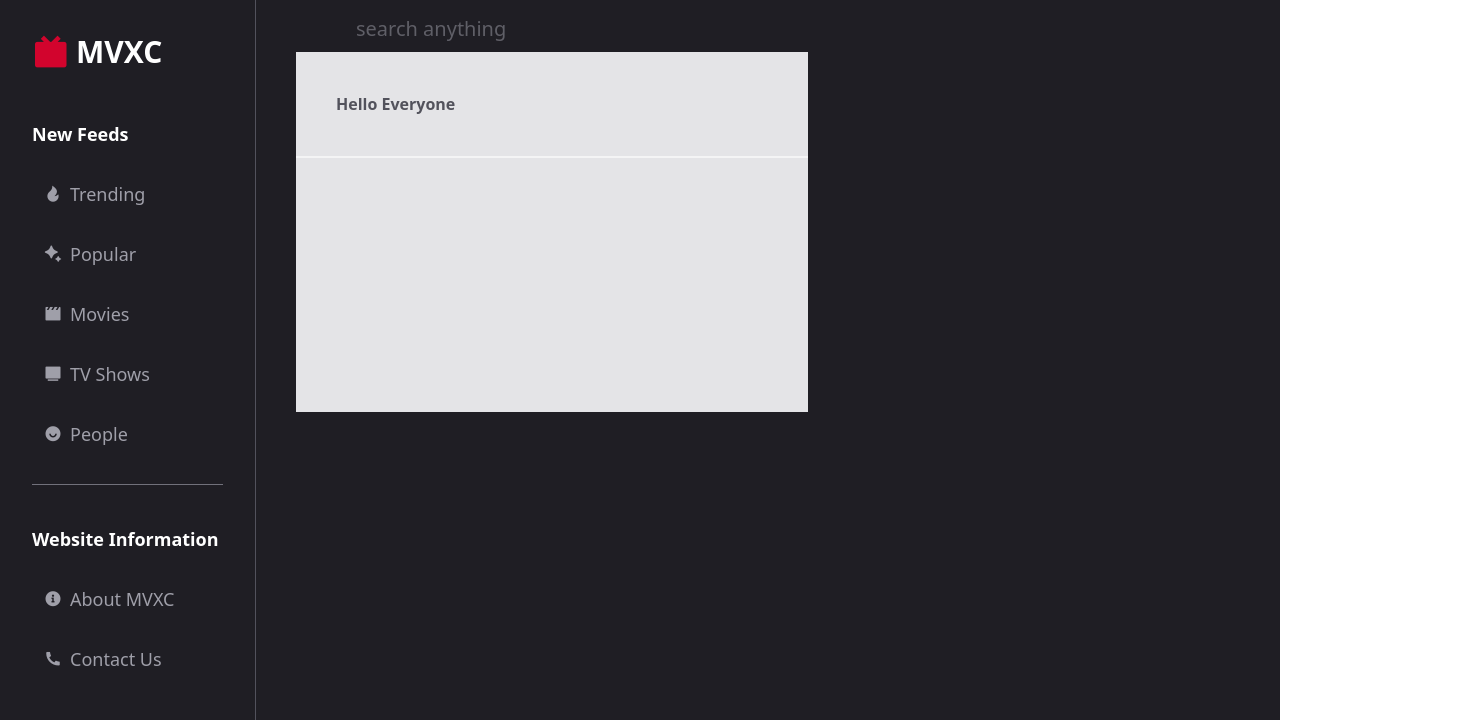
Repository: Csiddharth7906/MovieAppUpdatedVersion
Page: / (app in MVXC-MovieWebApplication/)
These files come from the project's save history. The page is drawn as it stood at one moment and after the next save; the edit follows.
The browser window is 1280 px wide. The page is 1320 px wide, then 1480 px, so the pictures cover 1480 px, including what lies to the right of the window. The pictures show the whole page.
Some web libraries are served in a nearby version. The project was rebuilt for these pictures with package versions that can differ from the ones it lists, and the page was loaded fresh each time. Also part of the build but not shown: MVXC-MovieWebApplication/vite.config.js.

Above is the page before, as saved 2025-06-17 10:22:28.

### MVXC-MovieWebApplication/index.html
<!doctype html>
<html lang="en">
  <head>
    <meta charset="UTF-8" />
    <link rel="icon" type="image/svg+xml" href="/tv-fill.svg" />
    <meta name="viewport" content="width=device-width, initial-scale=1.0" />
    <title>MVXC | Movie App</title>
    <link
      href="https://cdn.jsdelivr.net/npm/remixicon@4.5.0/fonts/remixicon.css"
      rel="stylesheet"
    />
  </head>
  <body>
    <div id="root"></div>
    <script type="module" src="/src/main.jsx"></script>
  </body>
</html>

### MVXC-MovieWebApplication/src/main.jsx
import { StrictMode } from "react";
import { createRoot } from "react-dom/client";
import "./index.css";
import App from "./App.jsx";
import { BrowserRouter } from "react-router-dom";

createRoot(document.getElementById("root")).render(
  <BrowserRouter>
    <App />
  </BrowserRouter>,
);

### MVXC-MovieWebApplication/src/index.css
@import "tailwindcss";

/* primary - #1F1E24
secondry - #D2042D */

::-webkit-scrollbar {
  width: 7px;
  height: 7px;
}
::-webkit-scrollbar-thumb {
  background-color: #161618;
  border-radius: 40px;
}
::-webkit-scrollbar-thumb {
  background-color: #161618;
  border-radius: 40px;
}

::-webkit-scrollbar-thumb:hover {
  background-color: #6556cd;
  border-radius: 40px;
}

### MVXC-MovieWebApplication/src/App.jsx
import { Route, Routes } from "react-router-dom";
import Home from "./components/Home";

const App = () => {
  return (
    <div className="bg-[#1F1E24] flex w-screen h-screen">
      <Routes>
        <Route path="/" element={<Home />}></Route>
      </Routes>
    </div>
  );
};

export default App;

### MVXC-MovieWebApplication/src/components/Home.jsx
import React from "react";
import Sidenav from "../templates/Sidenav";

import Topnav from "../templates/Topnav";

const Home = () => {
  document.title = "MVXC | HomePage";
  return (
    <>
      <Sidenav />
      <div className="w-[80%] h-full ">
        <Topnav />
      </div>
    </>
  );
};

export default Home;

### MVXC-MovieWebApplication/src/templates/Sidenav.jsx
import React from "react";
import { Link } from "react-router-dom";

const Sidenav = () => {
  return (
    <div className="w-[20%] h-full border-r border-zinc-600 p-8 bg-[#1F1E24]">
      {/* Logo */}
      <h1 className="text-3xl text-white font-bold flex items-center mb-8">
        <i className="text-[#D2042D] ri-tv-fill mr-2 text-4xl"></i>
        MVXC
      </h1>

      {/* New Feeds */}
      <nav className="text-zinc-400 text-lg flex flex-col gap-2">
        <h2 className="text-white font-semibold mt-4 mb-3">New Feeds</h2>
        <Link className="hover:bg-[#D2042D] hover:text-white rounded-md transition duration-200 p-3 flex items-center">
          <i className="mr-2 ri-fire-fill"></i> Trending
        </Link>
        <Link className="hover:bg-[#D2042D] hover:text-white rounded-md transition duration-200 p-3 flex items-center">
          <i className="mr-2 ri-bard-fill"></i> Popular
        </Link>
        <Link className="hover:bg-[#D2042D] hover:text-white rounded-md transition duration-200 p-3 flex items-center">
          <i className="mr-2 ri-clapperboard-fill"></i> Movies
        </Link>
        <Link className="hover:bg-[#D2042D] hover:text-white rounded-md transition duration-200 p-3 flex items-center">
          <i className="mr-2 ri-tv-2-fill"></i> TV Shows
        </Link>
        <Link className="hover:bg-[#D2042D] hover:text-white rounded-md transition duration-200 p-3 flex items-center">
          <i className="mr-2 ri-user-smile-fill"></i> People
        </Link>
      </nav>

      <hr className="border-none h-[1px] bg-zinc-500 my-6" />

      {/* Website Information */}
      <nav className="text-zinc-400 text-lg flex flex-col gap-2">
        <h2 className="text-white font-semibold mt-4 mb-3">
          Website Information
        </h2>
        <Link className="hover:bg-[#D2042D] hover:text-white rounded-md transition duration-200 p-3 flex items-center">
          <i className="mr-2 ri-information-2-fill"></i> About MVXC
        </Link>
        <Link className="hover:bg-[#D2042D] hover:text-white rounded-md transition duration-200 p-3 flex items-center">
          <i className="mr-2 ri-phone-fill"></i> Contact Us
        </Link>
      </nav>
    </div>
  );
};

export default Sidenav;

### MVXC-MovieWebApplication/src/templates/Topnav.jsx
import React, { useState } from "react";
import { Link } from "react-router-dom";

const Topnav = () => {
  const [query, setquery] = useState("");
  console.log(query)
  return (
    <div className="w-full h-[8vh] relative flex justify-start ml-10 items-center">
      <i classname="text-zinc-400 text-3xl ri-search-line"></i>
      <input
        onChange={(e)=> setquery(e.target.value)}
        value={query}
        className="w-[50%] p-5 text-xl outline-none border-none bg-transparent text-zinc-400  mx-10"
        type="text"
        placeholder="search anything"
      />
      {query.length >0 &&(

        <i onClick={()=>{setquery("")}} classname="text-zinc-400 text-3xl ri-close-fill"></i>
      )}

      <div className="w-[50%] h-[50vh] bg-zinc-200 absolute top-[90%] overflow-auto">
        <Link className="w-[100%] font-semibold hover:text-black hover:bg-zinc-300 duration-300 text-zinc-600  p-10 flex justify-start items-center border-b-2 border-zinc-100">
          <img src="" className="" alt="" />
          <span>Hello Everyone</span>
        </Link>
      </div>
    </div>
  );
};

export default Topnav;

After the next save:
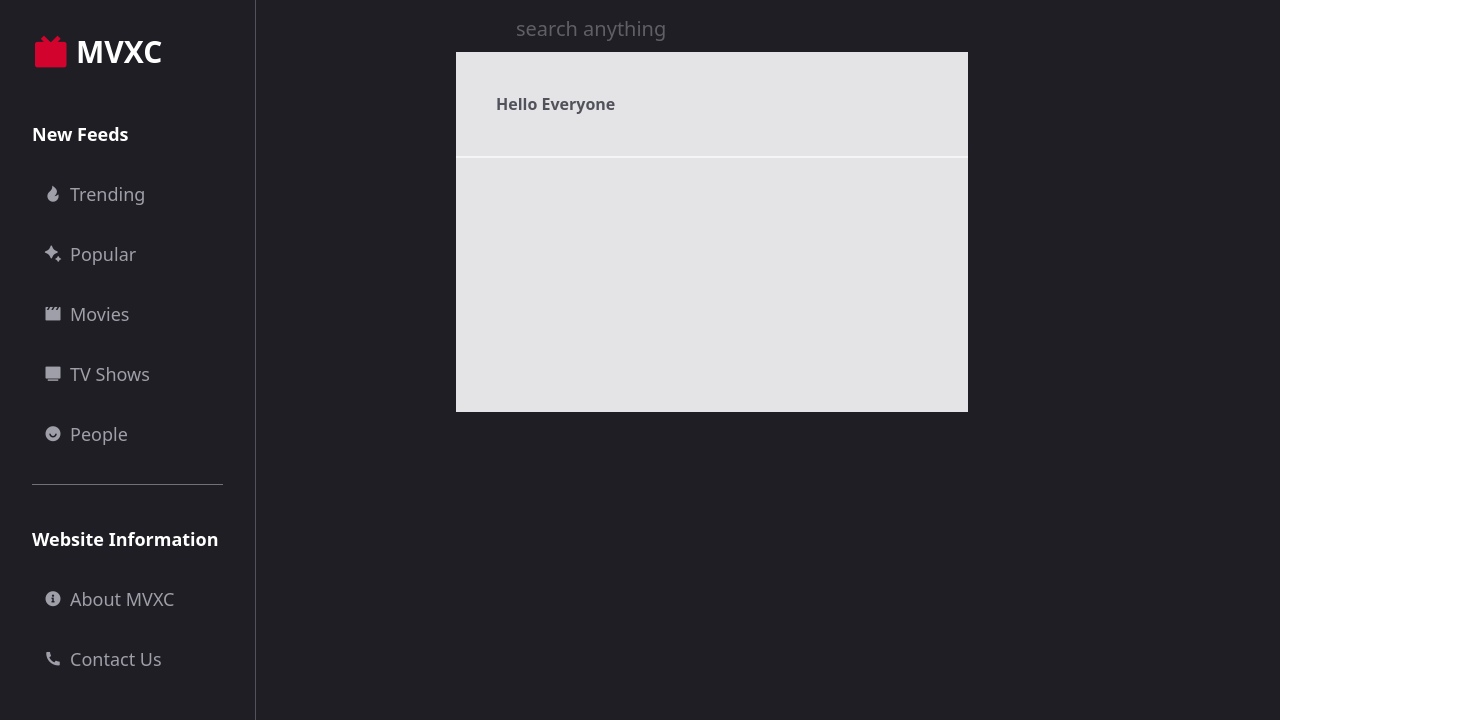
Saved 12 s later.
--- a/MVXC-MovieWebApplication/src/templates/Topnav.jsx
+++ b/MVXC-MovieWebApplication/src/templates/Topnav.jsx
@@ -5,7 +5,7 @@ const Topnav = () => {
   const [query, setquery] = useState("");
   console.log(query)
   return (
-    <div className="w-full h-[8vh] relative flex justify-start ml-10 items-center">
+    <div className="w-full h-[8vh] relative flex justify-start ml-50 items-center">
       <i classname="text-zinc-400 text-3xl ri-search-line"></i>
       <input
         onChange={(e)=> setquery(e.target.value)}
